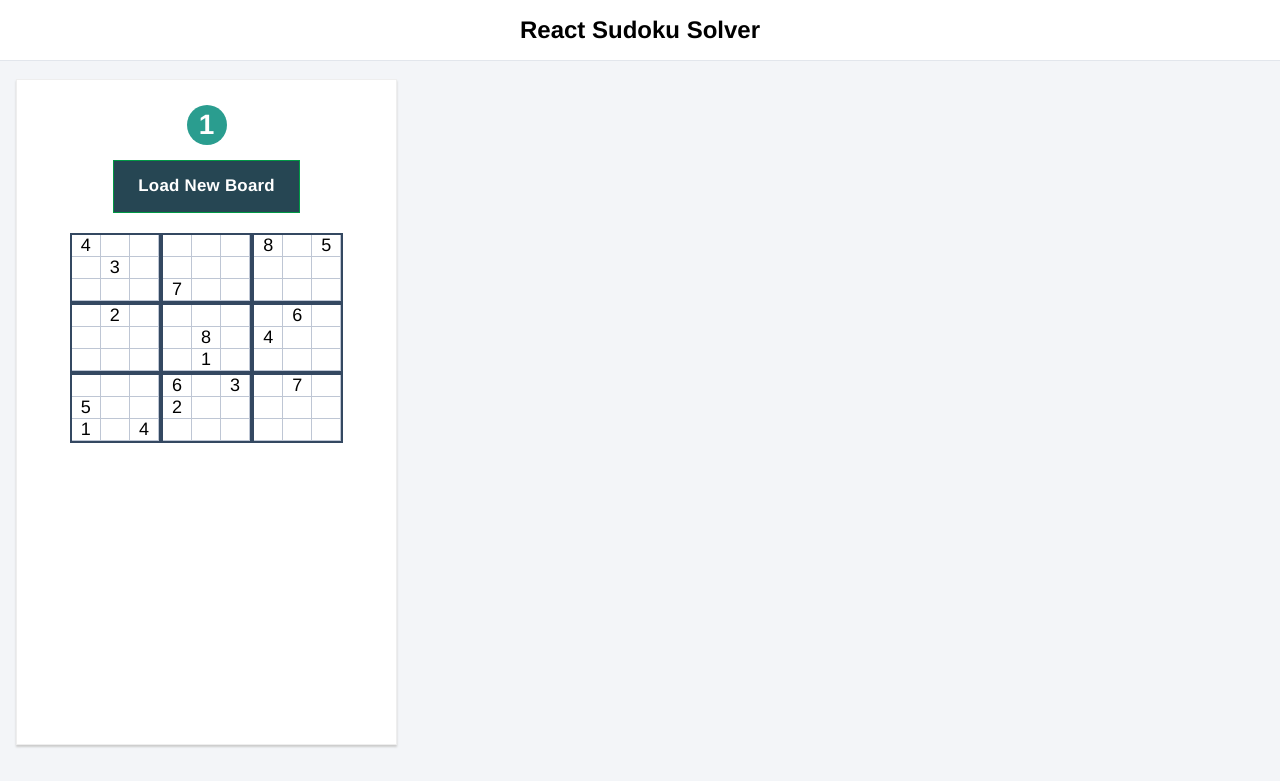
Repository: ShamroOoz/Sudoku-Puzzle
Page: /
These files come from the project's save history. The page is drawn as it stood at one moment and after the next save; the edit follows.
The browser window is 1280 px wide. The pictures show the whole page.
The project was rebuilt for these pictures with package versions that can differ from the ones it lists, and the page was loaded fresh each time. Also part of the build but not shown: craco.config.js, src/components/Spinner.js.

Above is the page before, as saved 2021-07-04 16:35:41.

After the next save:
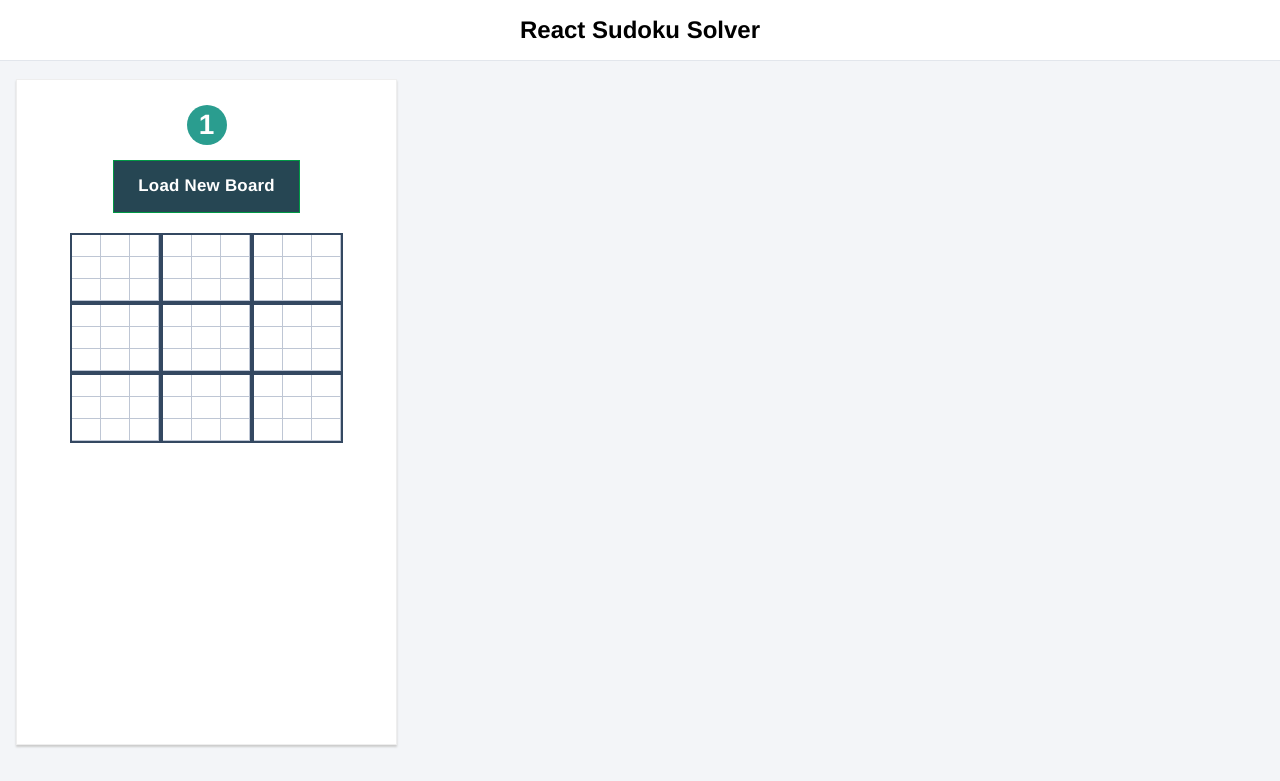
Saved 30 s later.
--- a/src/services/Solver.js
+++ b/src/services/Solver.js
@@ -60,16 +60,16 @@ export const parseGrid = (grid) => {
   const values = dict(squares, digits);
   const input = gridValues(grid);
 
-  //   for (const square in input) {
-  //     const value = input[square];
-  //     // square value could be '.' or 1..9
-  //     const isAssignableValue =
-  //       digits.indexOf(value) === -1 || assign(values, square, value);
-  //     if (!isAssignableValue) {
-  //       return false; // (Fail if we can't assign value to square.)
-  //     }
-  //   }
-  return input;
+  for (const square in input) {
+    const value = input[square];
+    // square value could be '.' or 1..9
+    const isAssignableValue =
+      digits.indexOf(value) === -1 || assign(values, square, value);
+    if (!isAssignableValue) {
+      return false; // (Fail if we can't assign value to square.)
+    }
+  }
+  return values;
 };
 
 const gridValues = (grid) => {
